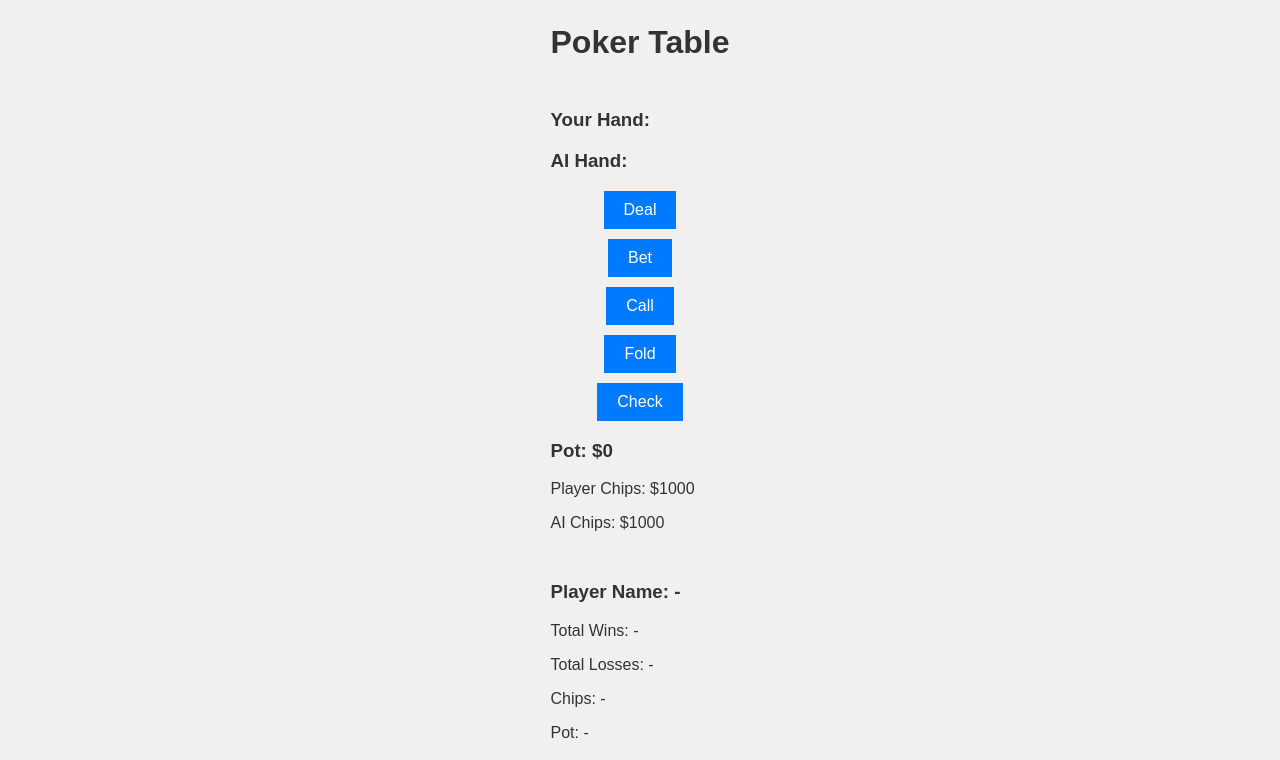
Repository: KidBillionaire/newapp
Page: public/playTable.html
An editor plug-in stored every save of this project. The page is shown before and after the next save, followed by the edit.
The browser window is 1280 px wide. The pictures show the whole page.

Above is the page before, as saved 2024-10-10 19:18:25.

After the next save:
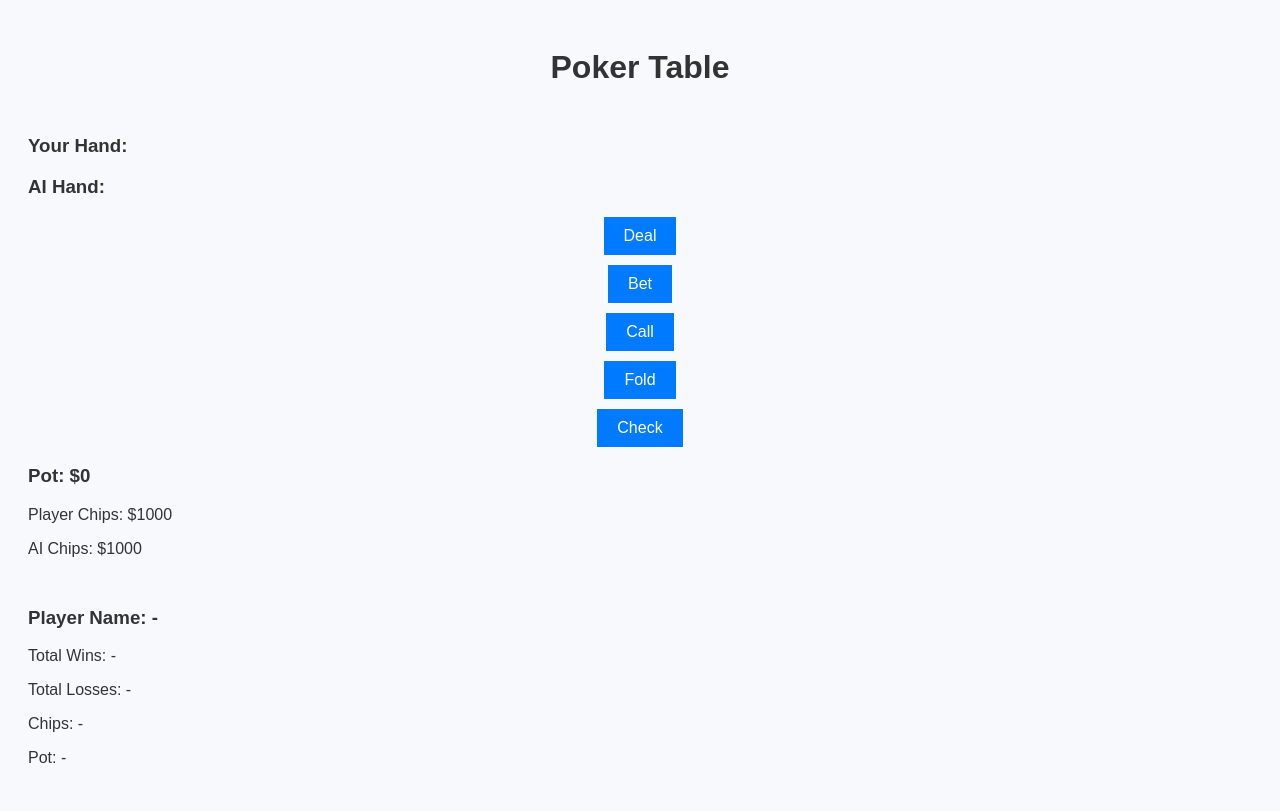
Saved 8 s later.
--- a/public/styles.css
+++ b/public/styles.css
@@ -163,29 +163,3 @@ button:hover {
 
 .seat-top-center { top: 20px; left: 30%; }
 .seat-bottom-center { bottom: 20px; left: 30%; }
-
-/* styles.css */
-body {
-    display: flex;
-    justify-content: center;
-    align-items: center;
-    height: 100vh;
-    background-color: #f0f0f0;
-    margin: 0;
-}
-
-.circle-container {
-    position: relative;
-    width: 300px;  /* Size of the outer circle */
-    height: 300px; /* Size of the outer circle */
-    border: 5px solid #000;
-    border-radius: 50%; /* Makes it a circle */
-}
-
-.avatar {
-    position: absolute;
-    width: 50px;  /* Size of each avatar */
-    height: 50px; /* Size of each avatar */
-    background-color: #3498db; /* Avatar color */
-    border-radius: 50%; /* Makes it a circle */
-}
